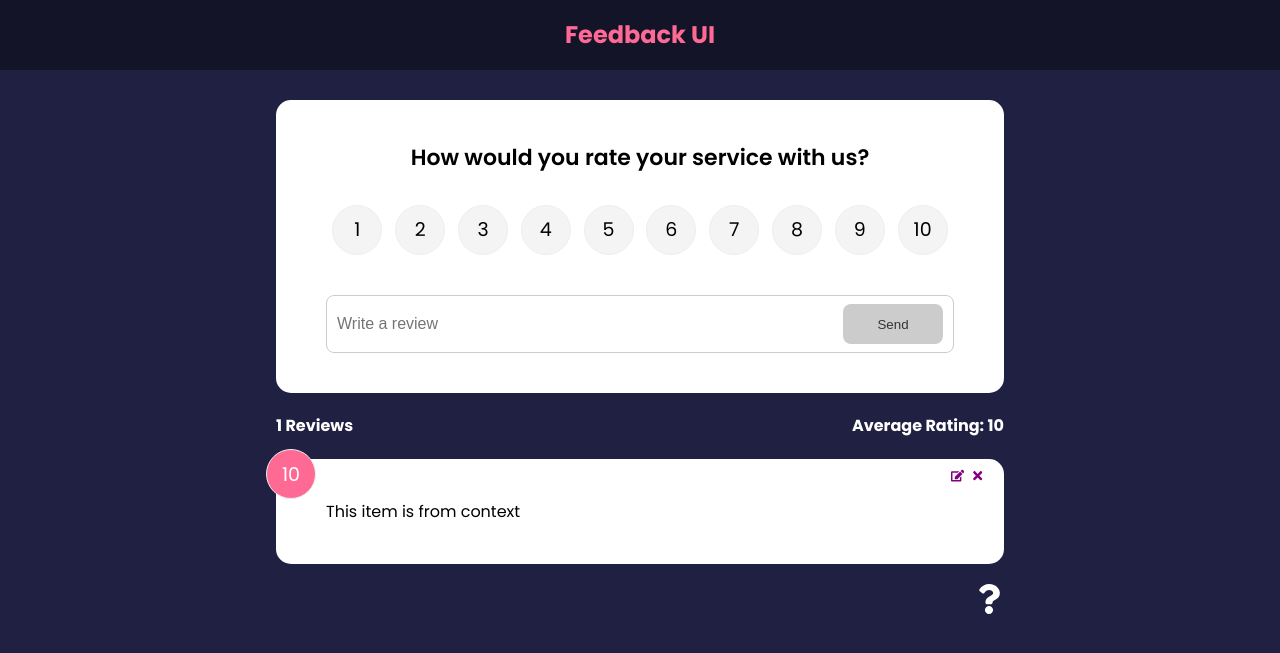
Repository: minhtien9/Feedback_App
Page: /
An editor plug-in stored every save of this project. The page is shown before and after the next save, followed by the edit.
The browser window is 1280 px wide. The pictures show the whole page.
The project was rebuilt for these pictures with package versions that can differ from the ones it lists, and the page was loaded fresh each time. Also part of the build but not shown: src/pages/AboutPage.jsx.

Above is the page before, as saved 2022-02-19 17:43:09.

After the next save:
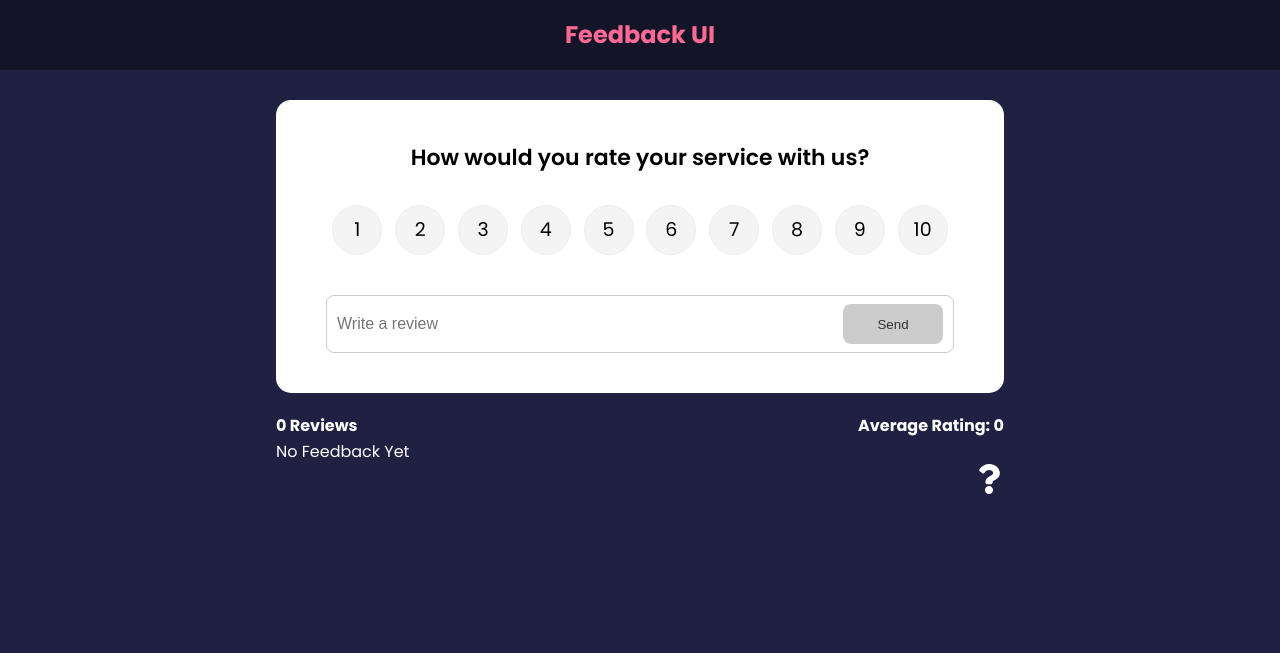
Saved 10 min 19 s later.
--- a/src/context/FeedbackContext.js
+++ b/src/context/FeedbackContext.js
@@ -4,13 +4,7 @@ import { createContext, useState } from 'react'
 const FeedbackContext = createContext()
 
 export const FeedbackProvider = ({ children }) => {
-    const [feedback, setFeedback] = useState([
-        {
-            id: 1,
-            text: 'This item is from context',
-            rating: 10,
-        },
-    ])
+    const [feedback, setFeedback] = useState([])
 
     const [feedbackEdit, setFeedbackEdit] = useState({
         item: {},
